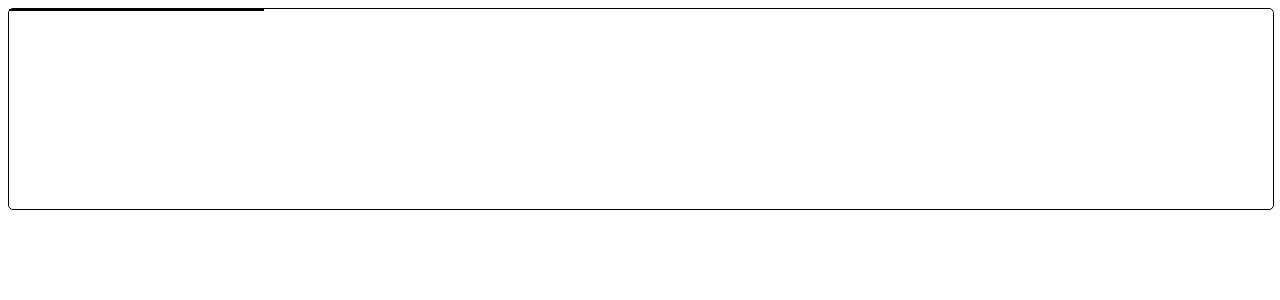
Repository: ozielms/flexbox
Page: outros/flexbox-master/index.html
These files come from the project's save history. The page is drawn as it stood at one moment and after the next save; the edit follows.
The browser window is 1280 px wide. The pictures show the whole page.

Above is the page before, as saved 2022-04-23 03:53:02.

### outros/flexbox-master/index.html
<!DOCTYPE html>
<html lang="en">

<head>
    <meta charset="UTF-8">
    <meta http-equiv="X-UA-Compatible" content="IE=edge">
    <meta name="viewport" content="width=device-width, initial-scale=1.0">
    <title>Flexbox</title>

    <link rel="stylesheet" href="css/estilo.css">
</head>

<body>

    <div class="pai">
        <div class="filho1"></div>
        <div class="filho2"></div>
        <div class="filho3"></div>
    </div>

</body>

</html>

### outros/flexbox-master/css/estilo.css
.pai {
    width: 100%;
    height: 200px;
    border: 1px solid black;
    border-radius: 5px;
}

.filho1 {
    width: 20%;
    border: 1px solid black;
}

.filho2 {}

.filho3 {}

After the next save:
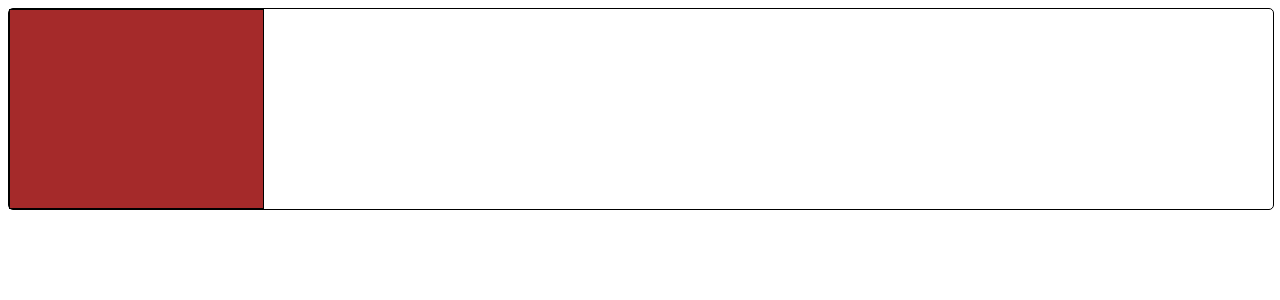
Saved 23 s later.
--- a/outros/flexbox-master/css/estilo.css
+++ b/outros/flexbox-master/css/estilo.css
@@ -7,6 +7,8 @@
 
 .filho1 {
     width: 20%;
+    height: 99%;
+    background-color: brown;
     border: 1px solid black;
 }
 
